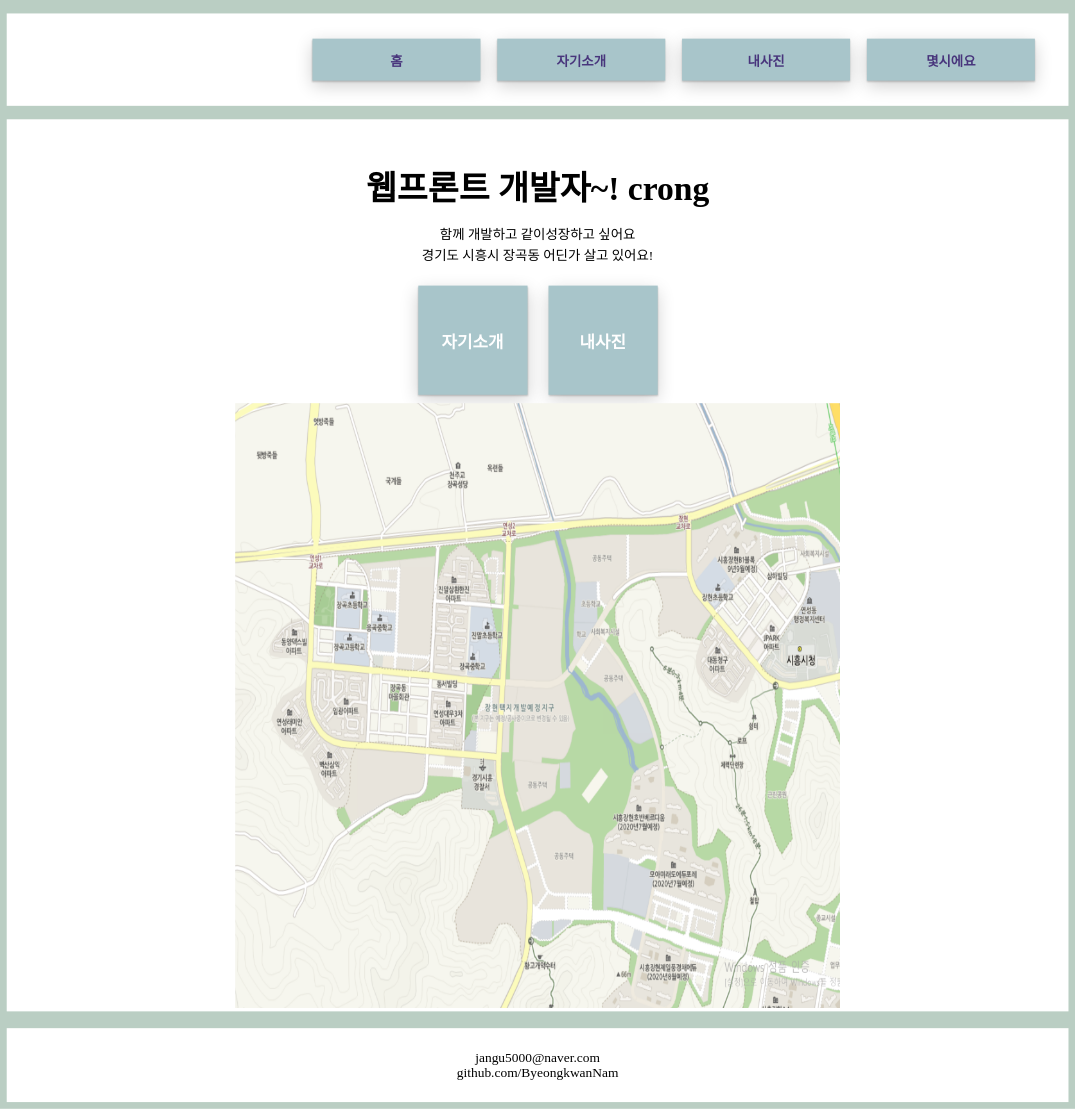
Repository: ByeongkwanNam/edwith_web
Page: eclipse-workspace/aboutme/WebContent/index.html
The author's editor kept a copy of each file at every save. The page is drawn from the files as they stood at one save, then again after the next save.
The browser window is 1280 px wide. The pictures show the whole page, at 84% of full size.

Above is the page before, as saved 2019-08-15 09:47:16.

After the next save:
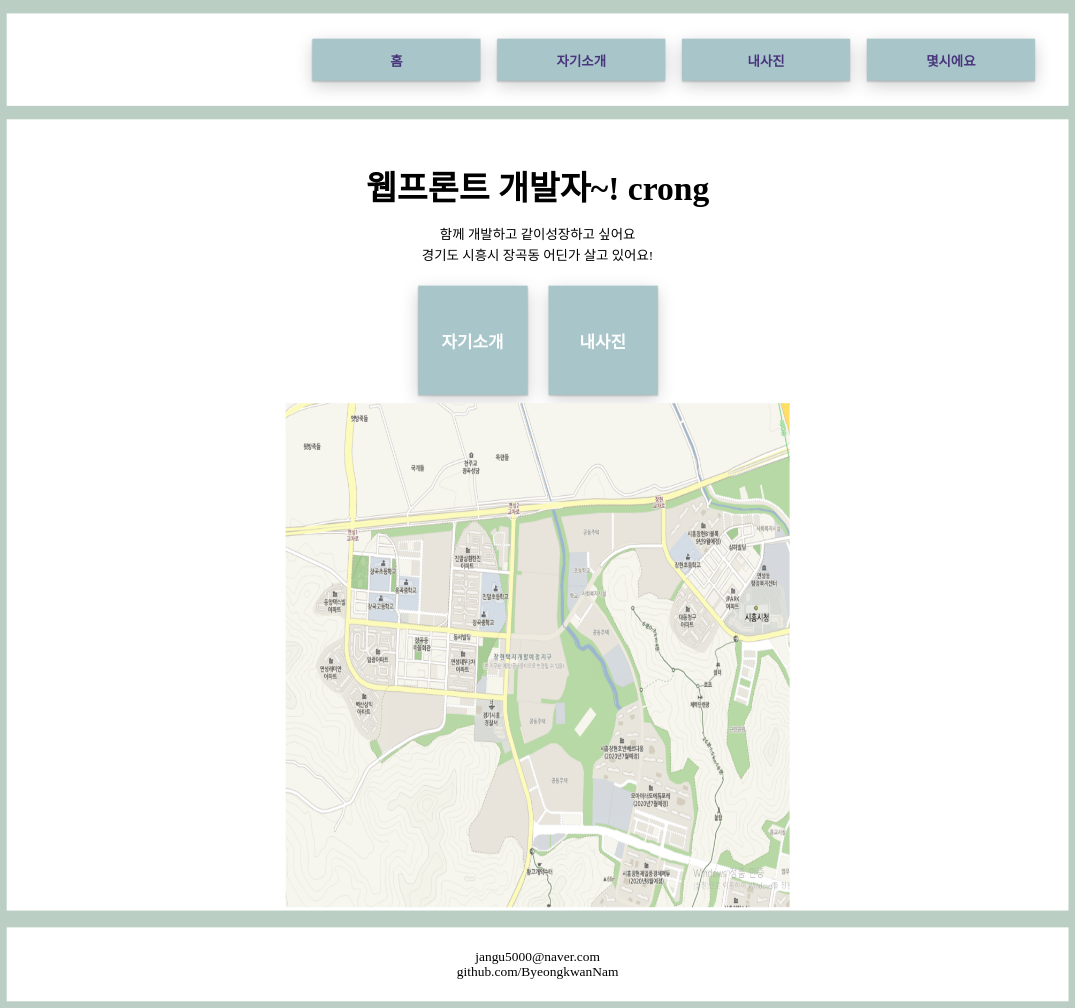
Saved 48 s later.
--- a/eclipse-workspace/aboutme/WebContent/index.css
+++ b/eclipse-workspace/aboutme/WebContent/index.css
@@ -65,8 +65,8 @@
     }
 
     img {
-    	width: 720px;
-    	height: 720px;
+    	width: 600px;
+    	height: 600px;
     }
 
 

After the save that followed:
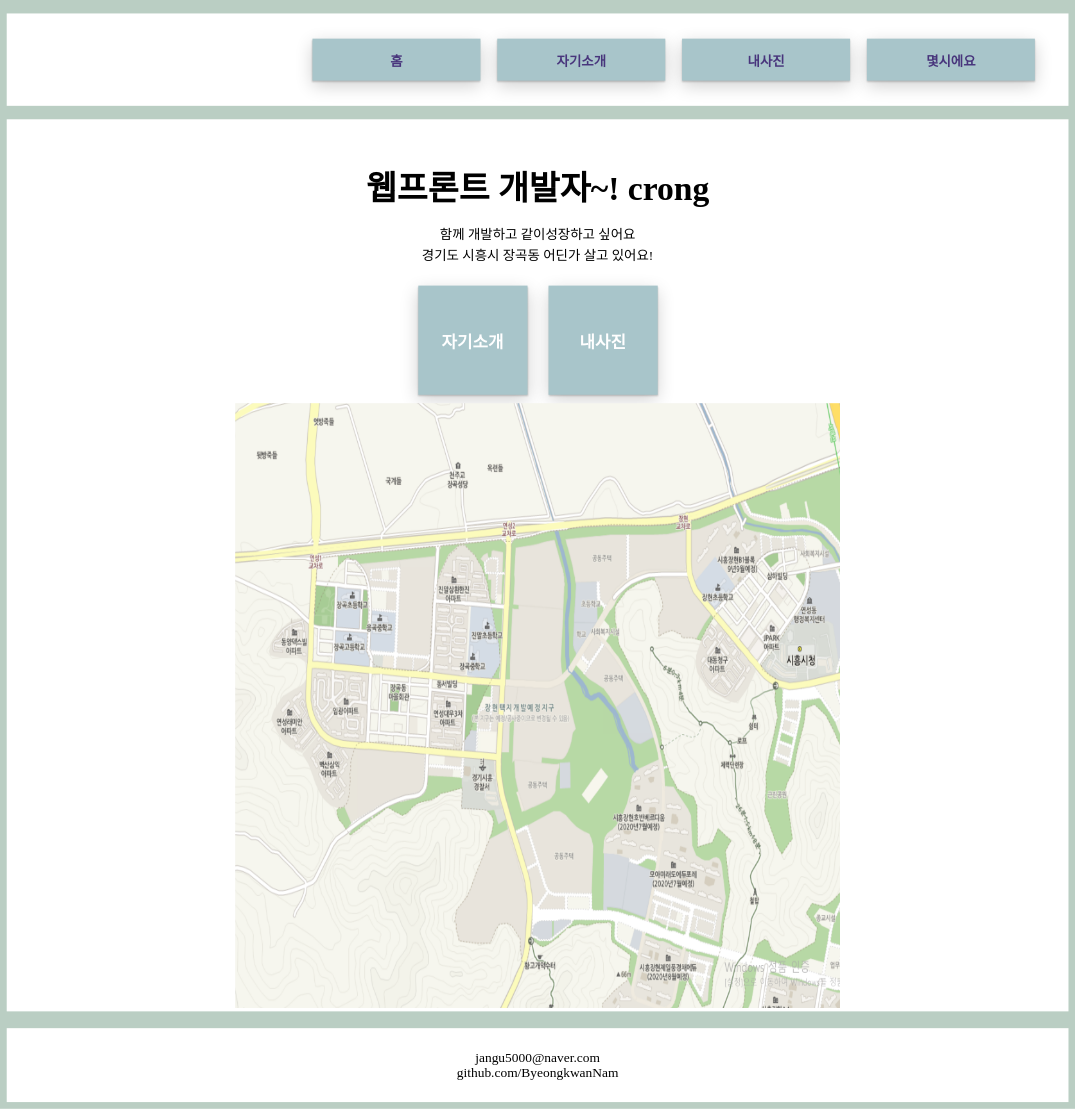
Saved 8 s later.
--- a/eclipse-workspace/aboutme/WebContent/index.css
+++ b/eclipse-workspace/aboutme/WebContent/index.css
@@ -65,8 +65,8 @@
     }
 
     img {
-    	width: 600px;
-    	height: 600px;
+    	width: 720px;
+    	height: 720px;
     }
 
 
